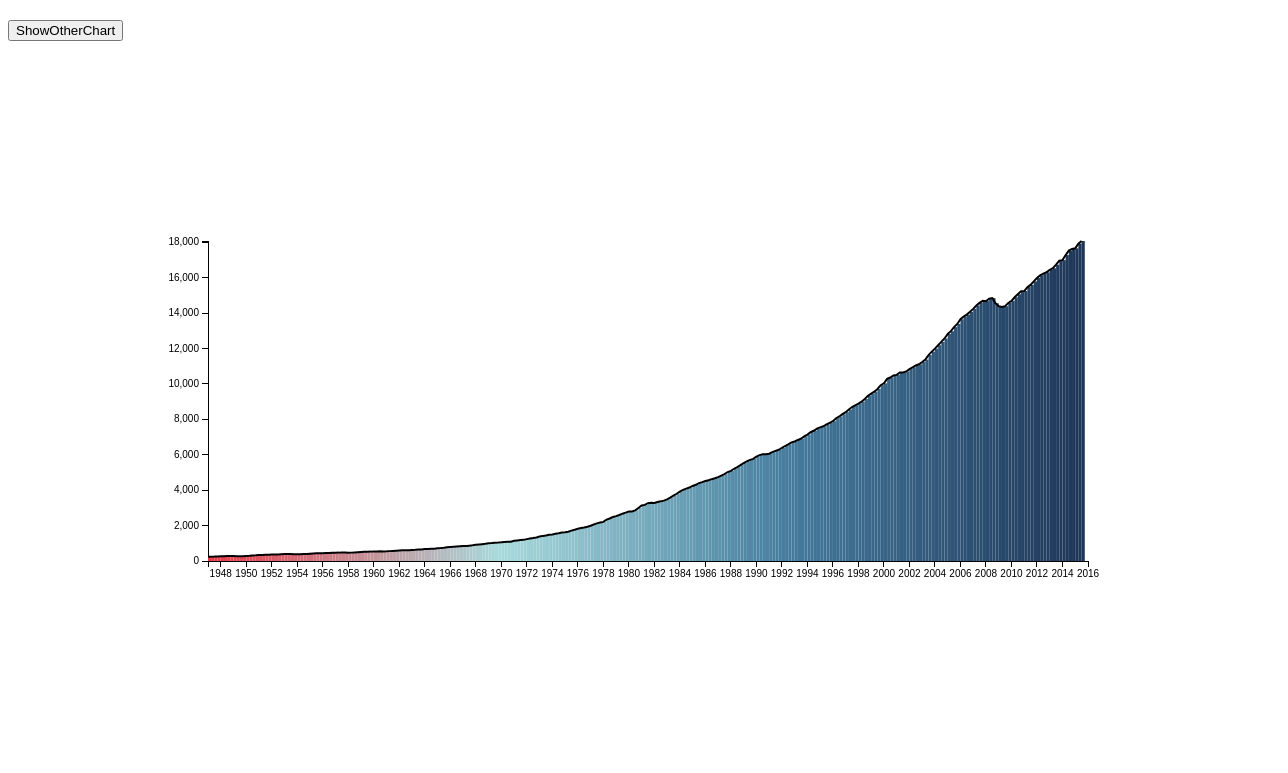
Repository: zizhang-AI/d3-barChart
Page: hello-world.html
The author's editor kept a record of every edit. The page is drawn from the files as they stood at one moment, then again after the next edit.
The browser window is 1280 px wide. The page is 1288 px wide, so the pictures cover 1288 px, including what lies to the right of the window. The pictures show the whole page.

Above is the page before.

After the next edit:
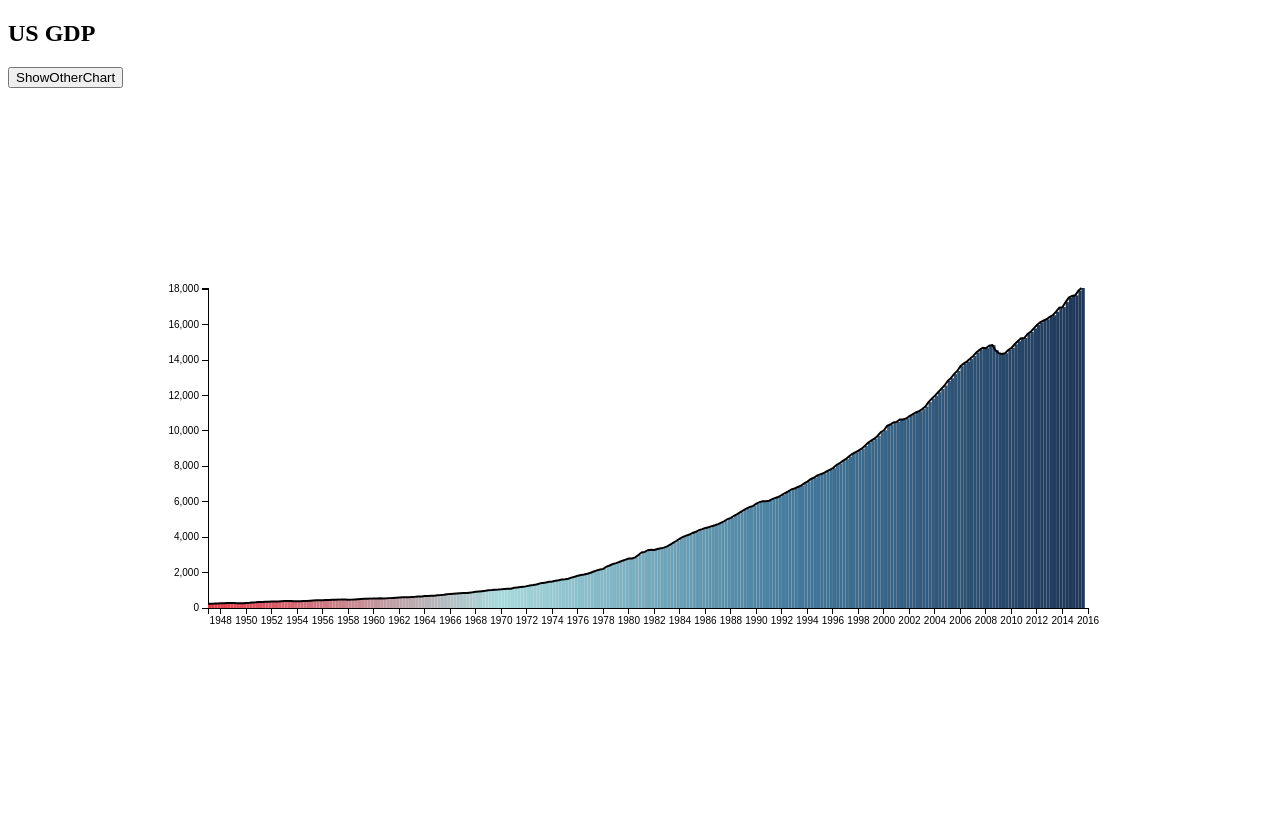
The edit:
--- a/hello-world.html
+++ b/hello-world.html
@@ -25,9 +25,9 @@
 	}
 </style>
 <body>
-	<section>
-	<h1></h1>
-	<button>ShowOtherChart</button>
+	<section id='header'>
+		<h1>US GDP</h1>
+		<button>ShowOtherChart</button>
 	</section>
 	<script type="text/javascript" src="d3.min.js" charset="utf-8"></script>
 	<script type="text/javascript">
